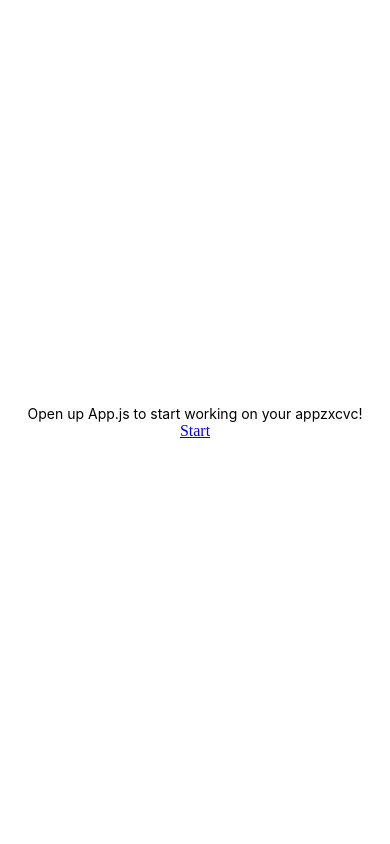
Repository: ntu34543/ReactNativeAndroid
Screen: /
An editor plug-in stored every save of this project. The screen is shown before and after the next save, followed by the edit.
The app was drawn by React Native's web renderer in a window 390 px wide. The project was rebuilt for these pictures with package versions that can differ from the ones it lists, and the page was loaded fresh each time.

Above is the screen before, as saved 2022-09-23 15:59:11.

### App.js
import { StatusBar } from 'expo-status-bar';
import { StyleSheet, Text, View, Button } from 'react-native';

export default function App() {
  return (
    <View style={styles.container}>
      <Text>Open up App.js to start working on your appzxcvc!</Text>
      <a href='#'>Start</a>
      <StatusBar style="auto" />
    </View>
  );
}

const styles = StyleSheet.create({
  container: {
    flex: 1,
    backgroundColor: '#fff',
    alignItems: 'center',
    justifyContent: 'center',
  },
});

After the next save:
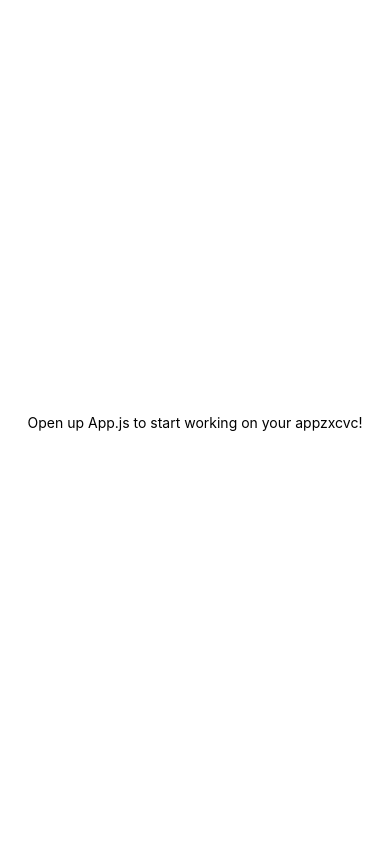
Saved 17 s later.
--- a/App.js
+++ b/App.js
@@ -5,7 +5,7 @@ export default function App() {
   return (
     <View style={styles.container}>
       <Text>Open up App.js to start working on your appzxcvc!</Text>
-      <a href='#'>Start</a>
+
       <StatusBar style="auto" />
     </View>
   );
